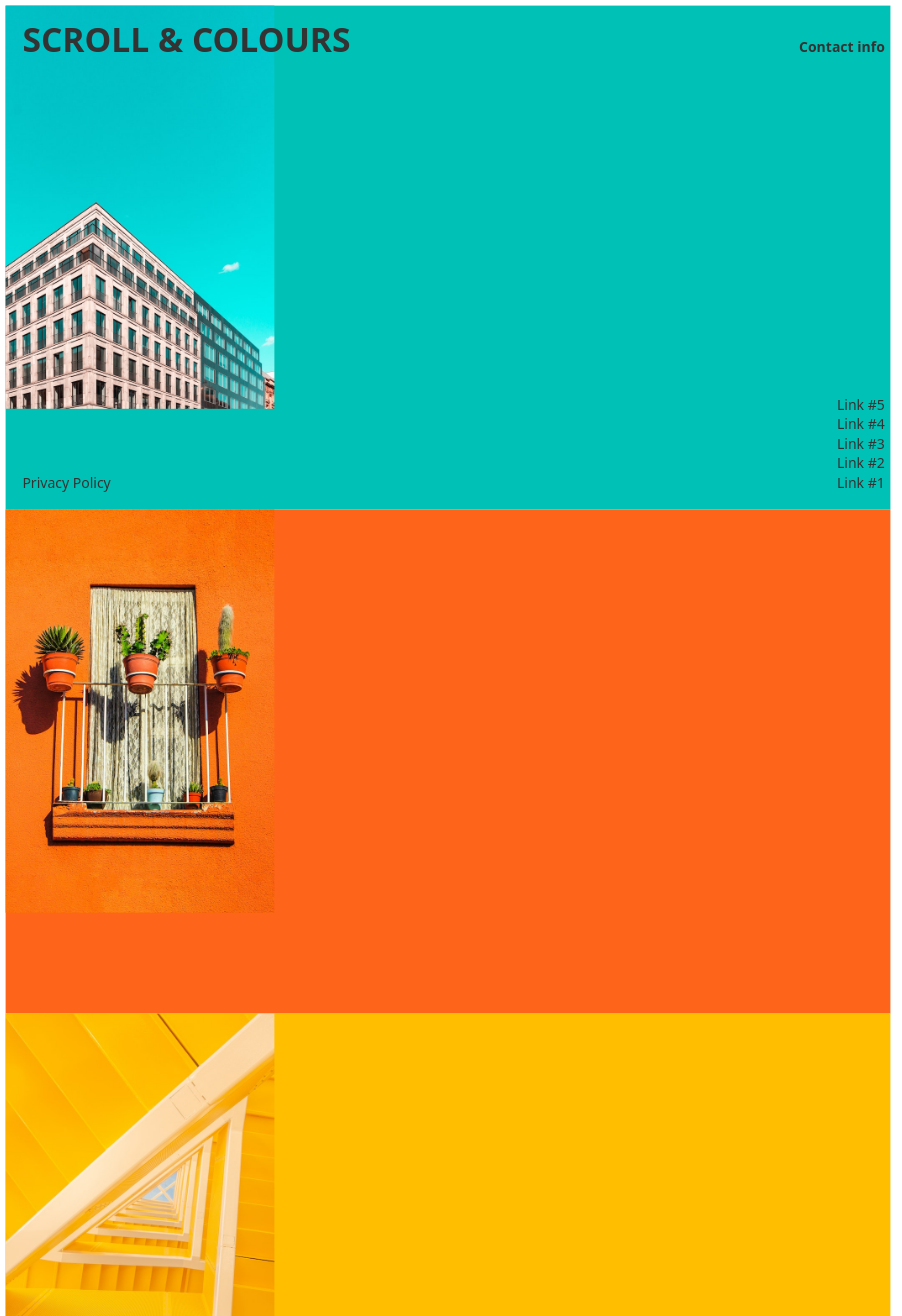
Repository: chelle-c/smooth-scroll-colours
Page: /
The author's editor kept a copy of each file at every save. The page is drawn from the files as they stood at one save, then again after the next save.
The browser window is 1280 px wide. The page is 1280 px wide, then 1288 px, so the pictures cover 1288 px, including what lies to the right of the window. The pictures show the part of the page from y = 0 to 1880 px (the page is 3608 px tall), at 70% of full size.
The project was rebuilt for these pictures with package versions that can differ from the ones it lists, and the page was loaded fresh each time. Imported but missing from the stored project, and not drawn on this page: images.

Above is the page before, as saved 2022-09-19 19:30:27.

After the next save:
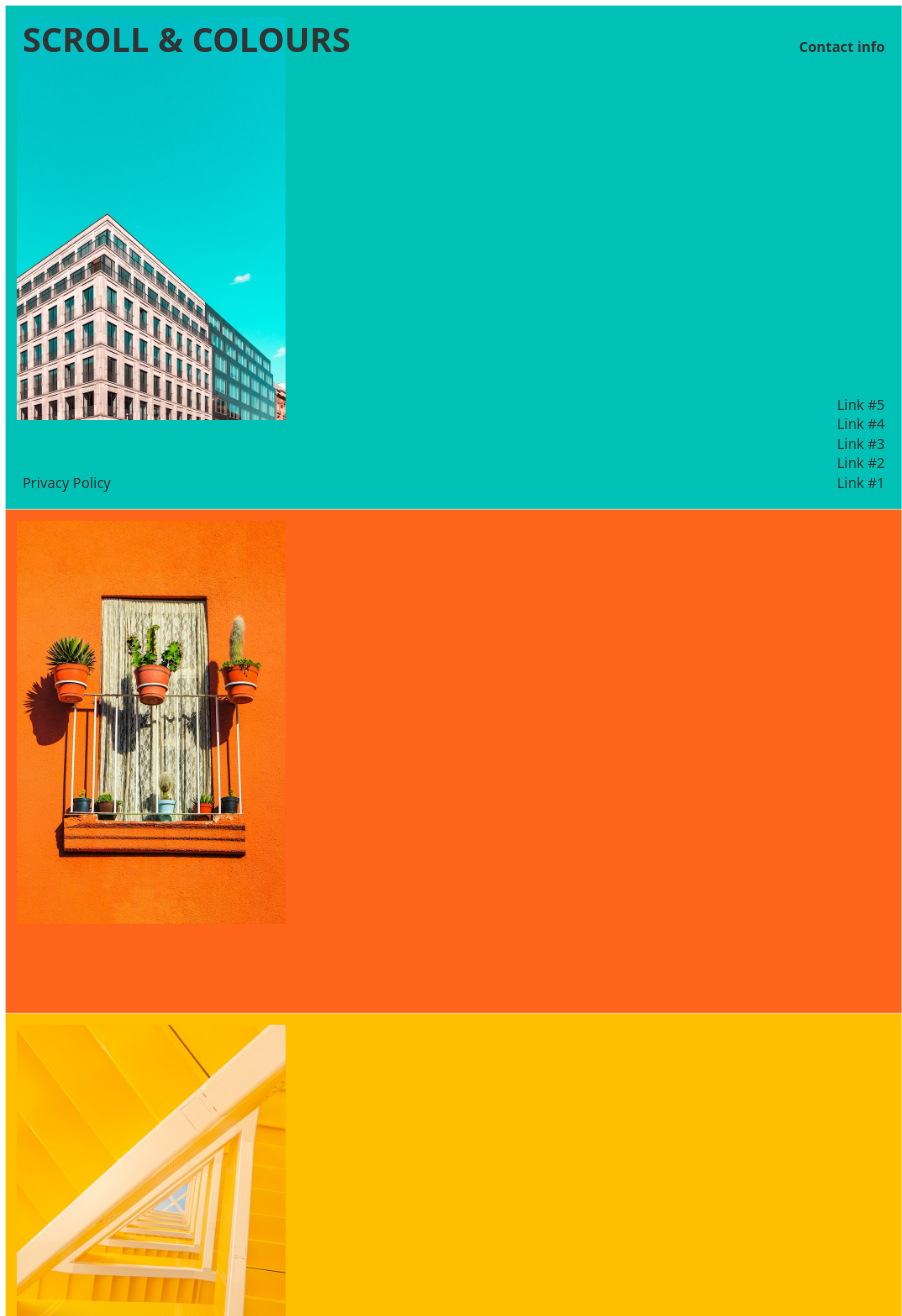
Saved 51 s later.
--- a/src/App.svelte
+++ b/src/App.svelte
@@ -94,8 +94,12 @@
 	}
 
 	section {
-		width: 100%;
+		border-bottom: 1px solid white;
+		padding: 1rem;
+		min-width: 100vw;
 		height: 100vh;
+		scroll-snap-align: start;
+		position: relative;
 	}
 
 	#section5 {
